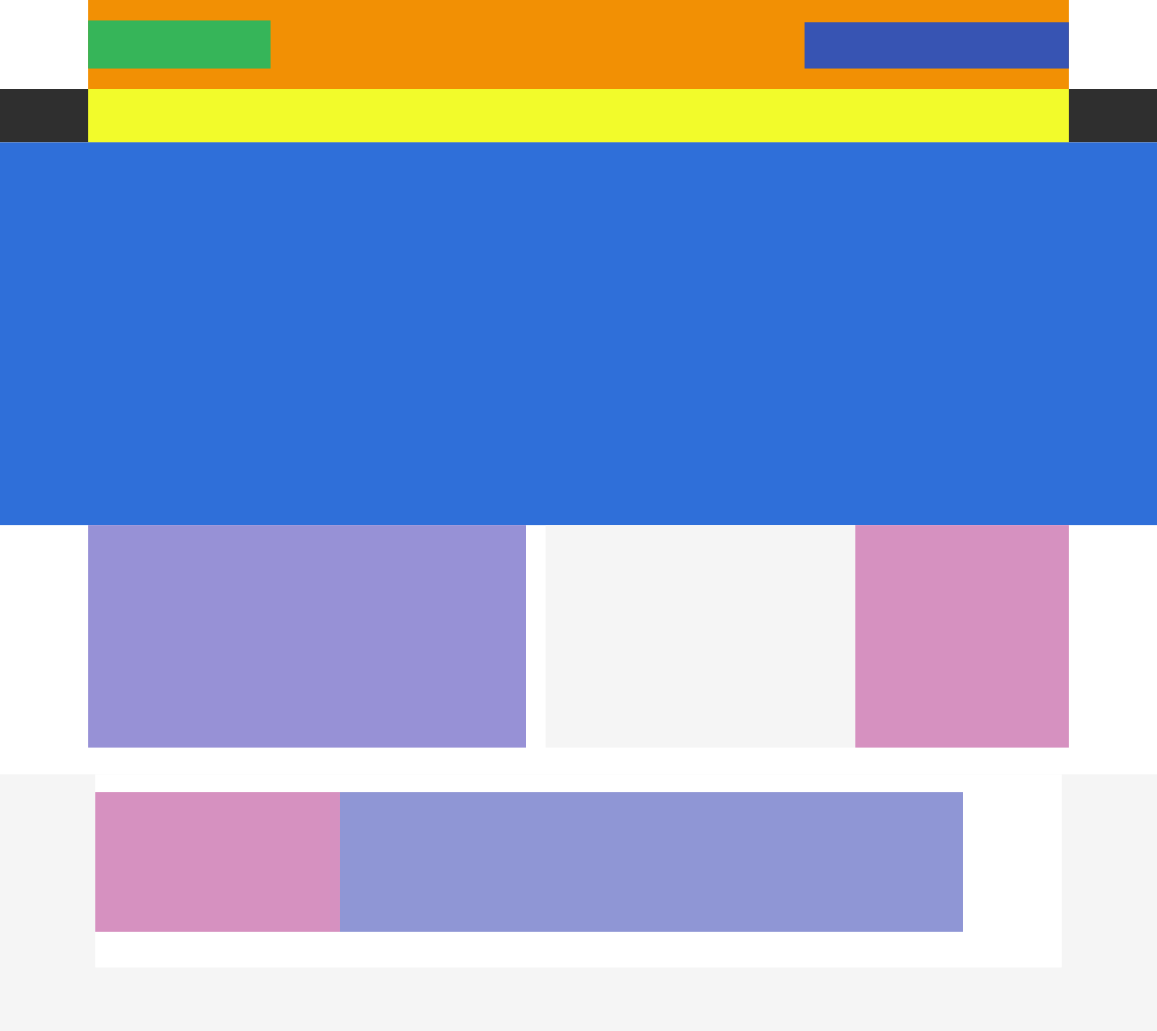
Repository: A1LExX/H5_study_set
Page: day04/扣丁.html
The author's editor kept a copy of each file at every save. The page is drawn from the files as they stood at one save, then again after the next save.
The browser window is 1280 px wide. The page is 1300 px wide, so the pictures cover 1300 px, including what lies to the right of the window. The pictures show the whole page, at 89% of full size.

Above is the page before, as saved 2021-06-24 20:32:01.

### day04/扣丁.html
<!--
@author [Alex Wei]
@email [w2262196@outlook.com]
@create date 2021-06-24 12:47:26
@modify date 2021-06-24 20:26:49
@desc [description]
-->
<!DOCTYPE html>
<html lang="en">

<head>
    <meta charset="UTF-8">
    <meta http-equiv="X-UA-Compatible" content="IE=edge">
    <meta name="viewport" content="width=device-width, initial-scale=1.0">
    <title>扣丁学堂</title>
    <link rel="stylesheet" href="./css/codingke.css">
</head>

<body>
    <div class="header">
        <div class="insideHeader">
            <div class="leftBox"></div>
            <div class="rightBox"></div>
        </div>
    </div>
    <div class="con1">
        <div class="out1"></div>
    </div>
    <div class="con2"></div>
    <div class="con3">
        <div class="out2">
            <div class="con3Box1"></div>
            <div class="con3Box2"></div>
            <div class="con3Box3"></div>
        </div>
    </div>
    <div class="con4">
        <div class="out3">
            <div class="con4Box1"></div>
            <div class="con4Box2"></div>
        </div>
    </div>
</body>

</html>

### day04/css/codingke.css
/**
 * @author [Alex Wei]
 * @email [w2262196@outlook.com]
 * @create date 2021-06-24 13:00:50
 * @modify date 2021-06-24 20:32:01
 * @desc [description]
 */
*{
    padding: 0;
    margin: 0;
}
.header{
    width: 1300px;
    height: 100px;
}
.insideHeader{
    width: 1102px;
    height: 100px;
    background: #f29004;
    overflow: hidden;
    margin: 0 auto;
}
.leftBox{
    width: 205px;
    height: 54px;
    background: #36b559;
    float: left;
    margin-top: 23px;
}
.rightBox{
    width: 297px;
    height: 52px;
    background: #3754b3;
    float: right;
    margin-top: 25px;
}
.con1{
    width: 1300px;
    height: 60px;
    background: #2f2f2f;
}
.out1{
    width: 1102px;
    height: 60px;
    background: #f2fb2b;
    margin: 0 auto;
}
.con2{
    width: 1300px;
    height: 430px;
    background: #2f6fd9;
}
.con3{
    width: 1300px;
    height: 250px;
    padding-bottom: 30px;
}
.out2{
    width: 1102px;
    height: 250px;
    margin: 0 auto;
}
.con3Box1{
    width: 492px;
    height: 250px;
    background: #9791d6;
    float: left;
    margin-right: 22px;
}
.con3Box2{
    width: 348px;
    height: 250px;
    float: left;
    background: #f5f5f5;
}
.con3Box3{
    width: 240px;
    height: 250px;
    float: left;
    background: #d691c0;
}
.con4{
    width: 1300px;
    height: 288px;
    background: #f5f5f5;
}
.out3{
    width: 1054px;
    height: 197px;
    background: #ffffff;
    margin: 0 auto;
    padding-top: 20px;
    padding-right:32px ;
}
.con4Box1{
    width: 275px;
    height: 157px;
    background: #d691c0;
    float: left;

}
.con4Box2{
    width: 700px;
    height: 157px;
    background: #8f96d5;
    float: left;
}

After the next save:
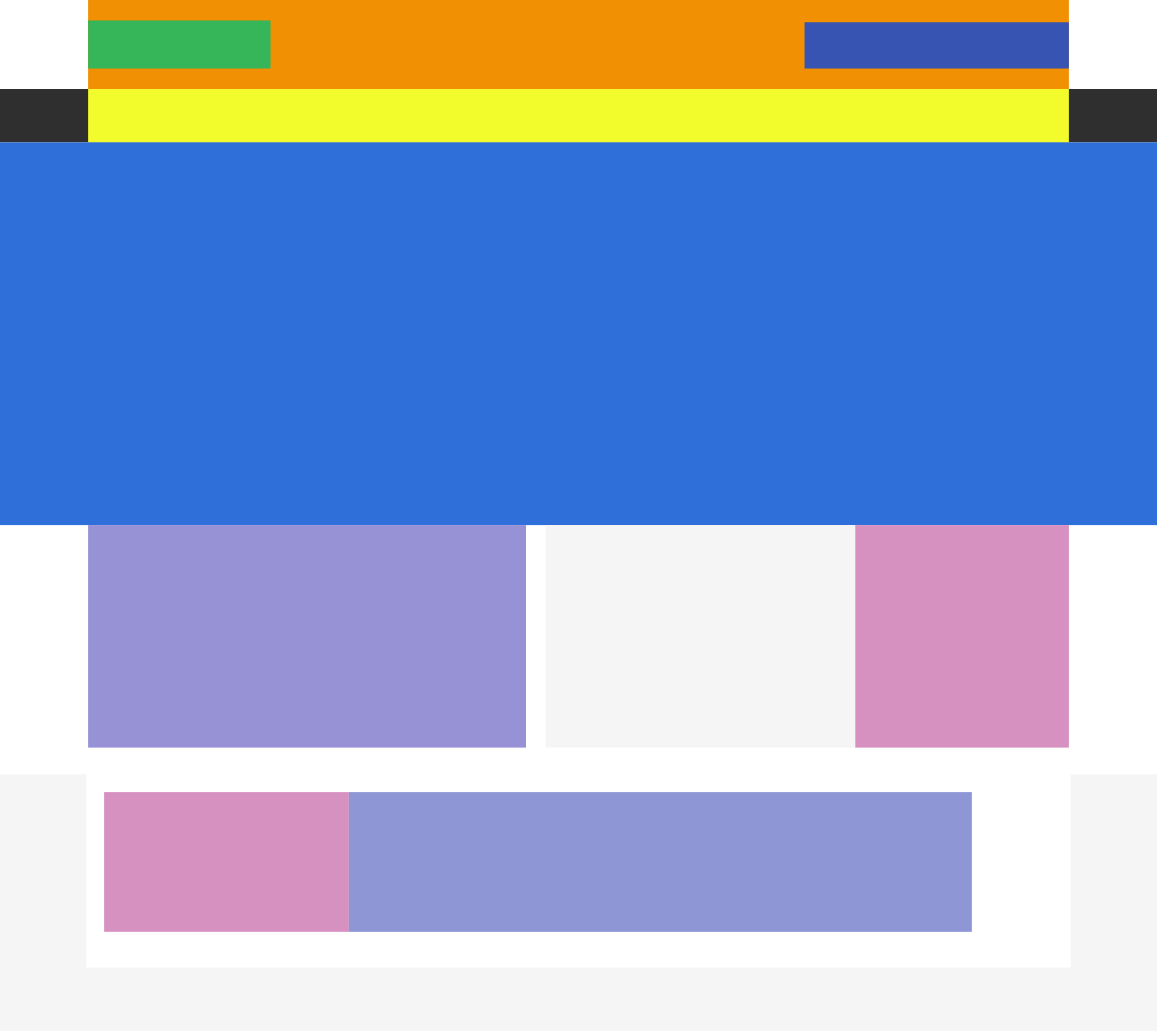
Saved 16 s later.
--- a/day04/css/codingke.css
+++ b/day04/css/codingke.css
@@ -2,7 +2,7 @@
  * @author [Alex Wei]
  * @email [w2262196@outlook.com]
  * @create date 2021-06-24 13:00:50
- * @modify date 2021-06-24 20:32:01
+ * @modify date 2021-06-24 20:32:17
  * @desc [description]
  */
 *{
@@ -90,7 +90,8 @@
     background: #ffffff;
     margin: 0 auto;
     padding-top: 20px;
-    padding-right:32px ;
+    padding-right:32px;
+    padding-left: 20px;
 }
 .con4Box1{
     width: 275px;
